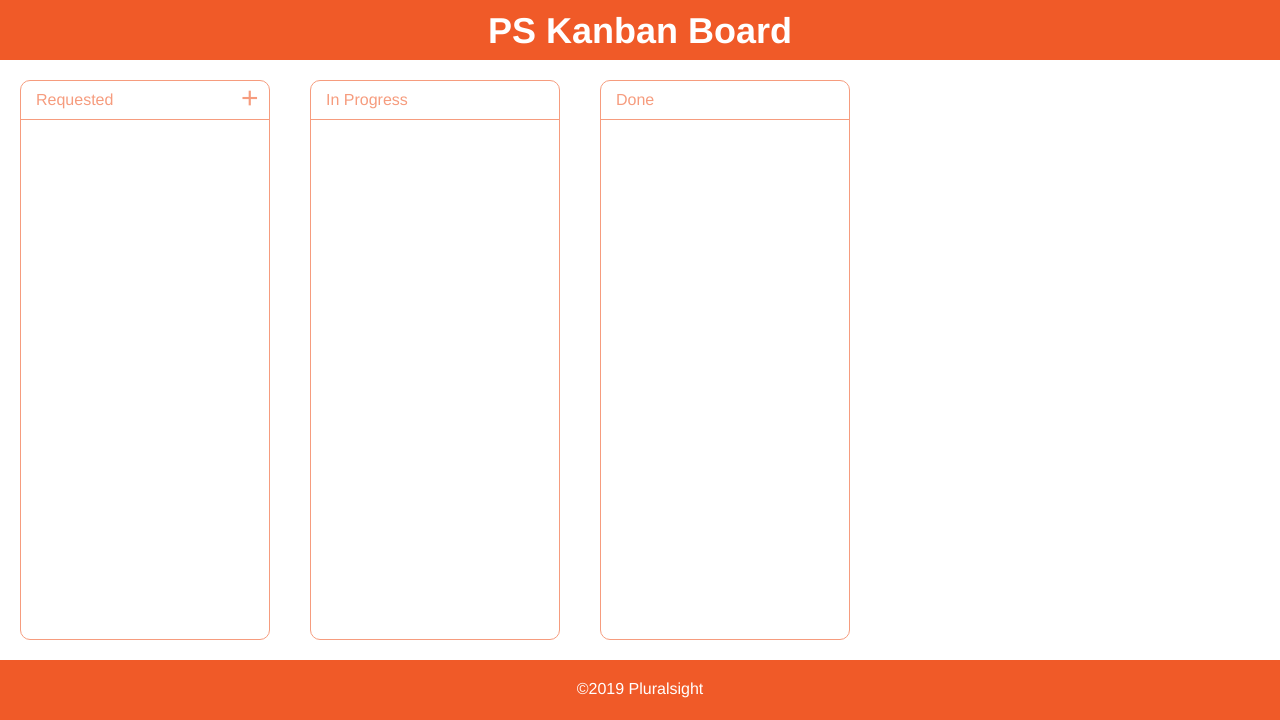
Repository: fhub-1/JS-KanbanBoard
Page: index.html
The author's editor kept a copy of each file at every save. The page is drawn from the files as they stood at one save, then again after the next save.
The browser window is 1280 px wide. The pictures show the whole page.

Above is the page before, as saved 2022-01-19 14:09:28.

After the next save:
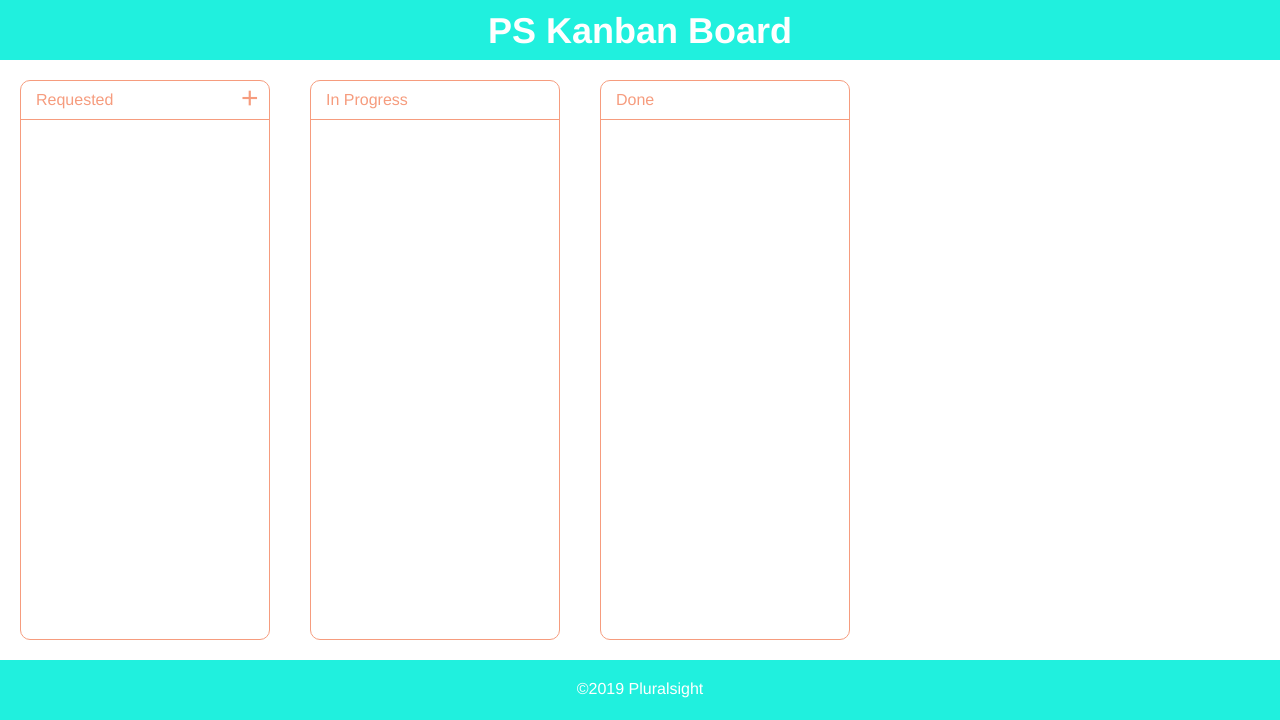
Saved 3 min 8 s later.
--- a/css/styles.css
+++ b/css/styles.css
@@ -13,7 +13,7 @@ body {
 }
 
 header, footer {
-  background-color: #F05A28;
+  background-color: #20f0de;
   height: 60px;
   justify-content: center;
   color: white;
